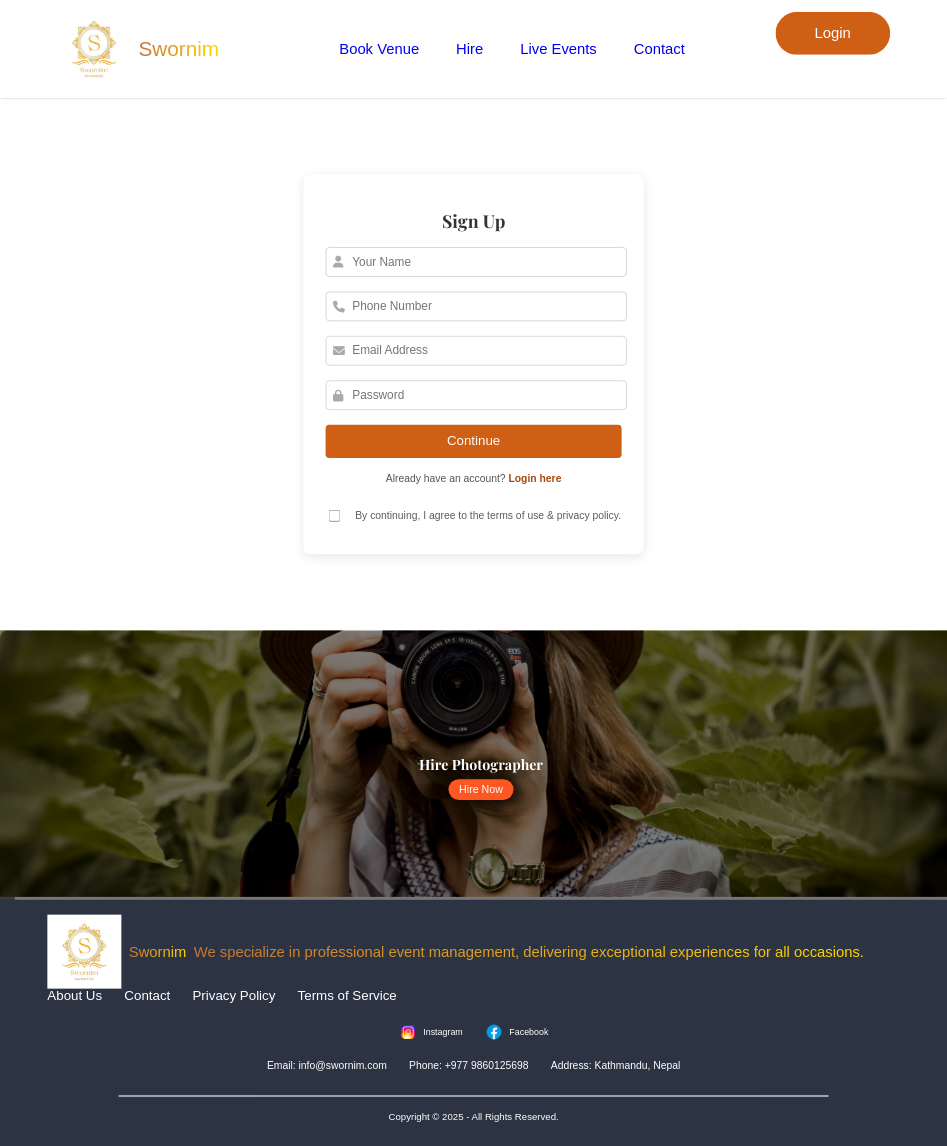
Repository: leonischu/Swornim
Page: /login (app in frontend/)
The author's editor kept a copy of each file at every save. The page is drawn from the files as they stood at one save, then again after the next save.
The browser window is 1280 px wide. The pictures show the whole page, at 74% of full size.
Pictures or frames that could not be fetched are drawn as grey boxes. The project was rebuilt for these pictures with package versions that can differ from the ones it lists, and the page was loaded fresh each time. Also part of the build but not shown: frontend/src/App.css, frontend/src/Pages/Book.jsx, frontend/src/Pages/Contact.jsx.

Above is the page before, as saved 2025-06-01 19:03:49.

### frontend/public/index.html
<!DOCTYPE html>
<html lang="en">
  <head>
    <meta charset="utf-8" />
    <link rel="icon" href="%PUBLIC_URL%/favicon.ico" />
    <meta name="viewport" content="width=device-width, initial-scale=1" />
    <meta name="theme-color" content="#000000" />
    <meta
      name="description"
      content="Web site created using create-react-app"
    />
    <link rel="apple-touch-icon" href="%PUBLIC_URL%/logo192.png" />
    <!--
      manifest.json provides metadata used when your web app is installed on a
      user's mobile device or desktop. See https://developers.google.com/web/fundamentals/web-app-manifest/
    -->
    <link rel="manifest" href="%PUBLIC_URL%/manifest.json" />
    <link href="https://fonts.googleapis.com/css2?family=Lato:wght@400;600&family=Playfair+Display:wght@400;600;700&display=swap" rel="stylesheet">
    <link rel="stylesheet" href="https://cdnjs.cloudflare.com/ajax/libs/font-awesome/6.0.0-beta3/css/all.min.css"/>

    <!--
      Notice the use of %PUBLIC_URL% in the tags above.
      It will be replaced with the URL of the `public` folder during the build.
      Only files inside the `public` folder can be referenced from the HTML.

      Unlike "/favicon.ico" or "favicon.ico", "%PUBLIC_URL%/favicon.ico" will
      work correctly both with client-side routing and a non-root public URL.
      Learn how to configure a non-root public URL by running `npm run build`.
    -->
    <title>Swornim</title>
  </head>
  <body>
    <noscript>You need to enable JavaScript to run this app.</noscript>
    <div id="root"></div>
    <!--
      This HTML file is a template.
      If you open it directly in the browser, you will see an empty page.

      You can add webfonts, meta tags, or analytics to this file.
      The build step will place the bundled scripts into the <body> tag.

      To begin the development, run `npm start` or `yarn start`.
      To create a production bundle, use `npm run build` or `yarn build`.
    -->
  </body>
</html>

### frontend/src/index.css
body {
  margin: 0;
  font-family: -apple-system, BlinkMacSystemFont, 'Segoe UI', 'Roboto', 'Oxygen',
    'Ubuntu', 'Cantarell', 'Fira Sans', 'Droid Sans', 'Helvetica Neue',
    sans-serif;
  -webkit-font-smoothing: antialiased;
  -moz-osx-font-smoothing: grayscale;
  font-family: 'Lato', sans-serif ;
  color: rgb(29, 29, 29);
}
h1, h2, h3, h4, h5, h6 {
  font-family: 'Playfair Display', serif;
  color: rgb(23, 23, 23); /* Default heading color */
  font-weight: bold;
}
.body-medium {
  font-family: 'Lato', sans-serif;
  font-size: 16px;
  color: rgb(29, 29, 29);
}
.title-medium {
  font-family: 'Playfair Display', serif;
  font-size: 20px;
  font-weight: bold;
  color: rgb(23, 23, 23);
}
.headline-small {
  font-family: 'Playfair Display', serif;
  font-size: 24px;
  font-weight: bold;
  color: white; /* White for headings like "Book Venue" */
}

code {
  font-family: source-code-pro, Menlo, Monaco, Consolas, 'Courier New',
    monospace;
}

### frontend/src/App.js

import './App.css';
import { Navbar } from './Components/Navbar/Navbar';
import { BrowserRouter, Routes, Route } from 'react-router-dom';
import { Book } from './Pages/Book';
import { Contact } from './Pages/Contact';
import { LoginSignup } from './Pages/LoginSignup';
import { Footer} from './Components/Footer/Footer';
import Carousel from './Components/Carousel/Carousel';
function App() {
  return (
    <div>
      <BrowserRouter>
      <Navbar/>
       <Routes>
          <Route path='/' element={<Book/>}/>
          <Route path='/contact' element={<Contact/>}/>

          <Route path='/login' element={<LoginSignup/>}/>
          </Routes>
          <Carousel/>
         <Footer/>
      </BrowserRouter>
    </div>
  );
}

export default App;

### frontend/src/Components/Navbar/Navbar.jsx
import React, { useState } from 'react'
import './Navbar.css'

import logo from '../Assets/logo.jpg'
import { Link } from 'react-router-dom';
export const Navbar = () => {
    const [menu, setMenu] = useState(""); // State for active menu item

  return (
    <div className='navbar'>
      <div className='nav-logo'>
        <img src={logo} alt=""/>
        <p>Swornim</p>
      </div>
      <ul className="nav-menu">
        <li onClick={()=>{setMenu("book venue")}}><Link style={{ textDecoration: 'none' }}to='/'>Book Venue</Link>{menu==="book venue"?<hr/>:<></>}</li>
        <li onClick={()=>{setMenu("hire")}}><Link style={{ textDecoration: 'none' }}to='/hire'> Hire</Link>{menu==="hire"?<hr/>:<></>}</li>
        <li onClick={()=>{setMenu("live events")}}><Link style={{ textDecoration: 'none' }} to='/liveevents'>Live Events</Link>{menu==="live events"?<hr/>:<></>}</li>
        <li onClick={()=>{setMenu("contact")}}><Link style={{ textDecoration: 'none' }}  to='/contact'>Contact</Link >{menu==="contact"?<hr/>:<></>}</li>
      </ul>
      <div className='nav-login-cart'>
        <Link to='/login'><button>Login</button></Link>

      </div>
    </div>
  )
}

### frontend/src/Pages/LoginSignup.jsx
import React, { useState } from "react";
import "./CSS/LoginSignup.css";

export const LoginSignup = () => {
  const [isSignup, setIsSignup] = useState(true); // State to toggle between Login and Signup

  return (
    <div className="loginsignup">
      <div className="loginsignup-container">
        <h1>{isSignup ? "Sign Up" : "Login"}</h1>
        <div className="loginsignup-fields">
          {isSignup ? (
            <>
              <div className="input-container">
                <i className="fas fa-user"></i>
                <input type="text" placeholder="Your Name" />
              </div>
              <div className="input-container">
              <i className="fa fa-phone"></i>
              <input type="text" placeholder="Phone Number" />
             </div>
              <div className="input-container">
                <i className="fas fa-envelope"></i>
                <input type="email" placeholder="Email Address" />
              </div>
              <div className="input-container">
                <i className="fas fa-lock"></i>
                <input type="password" placeholder="Password" />
              </div>
            </>
          ) : (
            <>
              <div className="input-container">
                <i className="fas fa-envelope"></i>
                <input type="email" placeholder="Email Address" />
              </div>
              <div className="input-container">
                <i className="fas fa-lock"></i>
                <input type="password" placeholder="Password" />
              </div>

            </>
          )}
        </div>
        <button>{isSignup ? "Continue" : "Login"}</button>
        <p className="loginsignup-login">
          {isSignup ? (
            <>
              Already have an account?{" "}
              <span onClick={() => setIsSignup(false)}>Login here</span>
            </>
          ) : (
            <>
              Don't have an account?{" "}
              <span onClick={() => setIsSignup(true)}>Sign Up</span>
            </>
          )}
        </p>
        {isSignup && (
          <div className="loginsignup-agree">
            <input type="checkbox" />
            <p>By continuing, I agree to the terms of use & privacy policy.</p>
          </div>
        )}
      </div>
    </div>
  );
};

### frontend/src/Components/Footer/Footer.jsx
import React from 'react'
import './Footer.css'
import footer_logo from '../Assets/logo.jpg'
import instagram_icon from '../Assets/instagram_icon.png'
import facebook_icon from '../Assets/facebook_icon.png'

export const Footer = () => {
  return (
    <div className='footer'>

      {/* Logo and Navigation Links */}
      <div className='footer-top'>
        <div className="footer_logo">
          <img src={footer_logo} alt='logo' />
          <p>Swornim</p>
          <p className="footer-description">
            We specialize in professional event management, delivering exceptional experiences for all occasions.
          </p>
        </div>

        <ul className='footer-links'>
          <li>About Us</li>
          <li>Contact</li>
          <li>Privacy Policy</li>
          <li>Terms of Service</li>
        </ul>
      </div>

      {/* Social Icons */}
      <div className="footer-social-section">
        <div className="footer-social-icon">
          <a
            href="https://instagram.com"
            target="_blank"
            rel="noopener noreferrer"
            className='footer-icons-container'
          >
            <img src={instagram_icon} alt="Instagram" />
            <span>Instagram</span>
          </a>
          <a
            href="https://facebook.com"
            target="_blank"
            rel="noopener noreferrer"
            className='footer-icons-container'
          >
            <img src={facebook_icon} alt="Facebook" />
            <span>Facebook</span>
          </a>
        </div>
      </div>

      {/* Contact Info */}
      <div className="footer-contact">
        <p>Email: info@swornim.com</p>
        <p>Phone: +977 9860125698 </p>
        <p>Address: Kathmandu, Nepal</p>
      </div>

      {/* Copyright */}
      <div className="footer-copyright">
        <hr />
        <p>Copyright © 2025 - All Rights Reserved.</p>
      </div>

    </div>
  )
}

### frontend/src/Components/Carousel/Carousel.jsx
import React from 'react';
import Slider from "react-slick";
import "slick-carousel/slick/slick.css";
import "slick-carousel/slick/slick-theme.css";
import "./Carousel.css";
const Carousel = () => {
  const settings = {
    dots: true,
    infinite: true,
    speed: 500,
    slidesToShow: 1,
    slidesToScroll: 1,
    autoplay: true,
    autoplaySpeed: 3000,
  };

  const slides = [
    {
      title: "Book Your Event",
      image: require("../Assets/venue.jpg"),
      buttonText: "Book Now",
    },
    {
      title: "Hire Photographer",
      image: require("../Assets/photographer.jpg"),
      buttonText: "Hire Now",
    },
    {
      title: "Hire Makeup Artist",
      image: require("../Assets/makeupartist.jpg"),
      buttonText: "Hire Now",
    },
    {
      title: "Get Into Live Events",
      image: require("../Assets/liveevent.jpg"),
      buttonText: "Explore Now",
    },
  ];

return (
  <div className="carousel-container">
    <Slider {...settings}>
      {slides.map((slide, index) => (
        <div key={index} className="carousel-slide">
          <img
            src={slide.image}
            alt={slide.title}
            className="carousel-image"
          />
          <div className="carousel-overlay">
            <h2 className="carousel-title">{slide.title}</h2>
            <button className="carousel-button">{slide.buttonText}</button>
          </div>
        </div>
      ))}
    </Slider>
  </div>
);
}

export default Carousel;

### frontend/src/Components/Navbar/Navbar.css
.navbar{
    display:flex;
    justify-content: space-around;
    padding: 16px;
    box-shadow: 0 1px 3px -2px black;
}
.nav-logo{
    display: flex;
    align-items: center;
    gap: 10px;
}
.nav-logo p {
    background: linear-gradient(to right, rgba(199, 116, 57, 1), #FFD700);
    -webkit-background-clip: text;
    -webkit-text-fill-color: transparent;
    background-clip: text; /* Optional for broader support */
    font-size: 28px;
    font-weight: 400;
}
.nav-logo img {
    width: 100px; /* Adjust the width of an image/icon */
    height: auto;
}
.nav-menu{
    display: flex;
    align-items: center;
    list-style: none;
    gap: 50px;
    color: black;
    font-size: 20px;
    font-weight: 500;

}
.nav-menu li{
    display: flex;
    flex-direction: column;
    align-items: center;
    justify-content: center;
    gap: 3px;
    cursor: pointer;

}
.nav-menu hr{
    border: none;
    width: 90%;
    height: 3px;
    border-radius: 15px;
    background: rgba(207, 95, 20, 1);

}
.nav-login-cart {
    display: flex; /* Flexbox layout */
    gap: 15px; /* Adjust the gap between buttons */
}
.nav-login-cart button{
    width: 155px;
    height: 58px;
    outline: none;
    border: 1px solid transparent;
    border-radius: 75px;
    background-color: rgba(207, 95, 20, 1);
    color: white;
    font-size: 20px;
    font-weight: 500;
    cursor: pointer;
}
.nav-login-cart button:active{
    background: rgba(44, 51, 66, 1);
}

### frontend/src/Pages/CSS/LoginSignup.css
body, html {
  margin: 0;
  padding: 0;
  box-sizing: border-box;
  font-family: 'Arial', sans-serif;
}

.loginsignup {
  width: 100%;
  height: 100vh;
  display: flex;
  justify-content: center;
  align-items: center;
  background: none; /* No background color */
}

.loginsignup-container {
  width: 400px;
  padding: 30px;
  background: white;
  border-radius: 10px;
  box-shadow: 0 4px 15px rgba(0, 0, 0, 0.1);
  text-align: center;
}

.loginsignup-container h1 {
  margin-bottom: 20px;
  color: #333;
  font-size: 24px;
}

.input-container {
  position: relative;
  margin-bottom: 20px;
}

.input-container i {
  position: absolute;
  top: 50%;
  left: 10px;
  transform: translateY(-50%);
  color: #aaa;
  font-size: 16px;
}

.input-container input {
  width: calc(100% - 40px);
  padding: 10px 10px 10px 35px;
  border: 1px solid #ccc;
  border-radius: 5px;
  font-size: 16px;
  outline: none;
  color: #333;
}

.input-container input:focus {
  border-color: #555;
}

button {
  width: 100%;
  padding: 12px;
  border: none;
  border-radius: 5px;
  background: rgba(207, 95, 20, 1);
  color: white;
  font-size: 18px;
  cursor: pointer;
  transition: background 0.3s ease-in-out;
}

button:hover {
  background: rgba(165, 75, 15, 1);
}

.loginsignup-login {
  margin-top: 20px;
  color: #555;
  font-size: 14px;
}

.loginsignup-login span {
  color: rgba(165, 75, 15, 1);;
  font-weight: bold;
  cursor: pointer;
}

.loginsignup-login span:hover {
  text-decoration: underline;
}

.loginsignup-agree {
  display: flex;
  align-items: center; /* Vertically aligns checkbox and text */
  gap: 10px; /* Space between the checkbox and the text */
  margin-top: 20px;
  font-size: 14px;
  color: #5c5c5c;
}

.loginsignup-agree input {
  margin-right: 10px;
}

.loginsignup-agree input[type='checkbox'] {
  width: 16px; /* Adjust the size of the checkbox */
  height: 16px;
  cursor: pointer; /* Makes the checkbox more interactive */
}

### frontend/src/Components/Footer/Footer.css
.footer {
  display: flex;
  flex-direction: column;
  justify-content: center;
  align-items: center;
  gap: 25px; /* Increased gap for better spacing */
  padding: 20px 0;
  background-color: rgba(44, 51, 66, 1);
  color: white;
  font-family: Arial, sans-serif;
  font-size: 14px;
}

/* Top section with logo and links */
.footer-top {
  display: flex;
  flex-wrap: wrap;
  justify-content: space-between;
  align-items: center;
  width: 90%;
  max-width: 1200px;
}

.footer_logo {
  display: flex;
  align-items: center;
  gap: 10px;
}

.footer_logo img {
  width: 100px;
  height: auto;

}

.footer_logo p {
  background: linear-gradient(to right, rgba(199, 116, 57, 1), #FFD700);
  -webkit-background-clip: text;
  -webkit-text-fill-color: transparent;
  font-size: 20px;
  font-weight: 500;
  margin: 0;
}

.footer-links {
  display: flex;
  list-style: none;
  gap: 30px;
  padding: 0;
  margin: 0;
  font-size: 18px;
  justify-content: center;
}

.footer-links li {
  cursor: pointer;
  transition: color 0.3s;

}

.footer-links li:hover {
  color: #ffa500;
}

/* Social Icons Section */
.footer-social-section {
  width: 90%;
  max-width: 1200px;
  text-align: center;
}

.footer-social-icon {
  display: flex;
  justify-content: center;
  gap: 30px;
}

.footer-icons-container {
  display: flex;
  align-items: center;
  gap: 8px;
  text-decoration: none;
  color: white;
  background: none;
  border: none;
  cursor: pointer;
  transition: color 0.3s ease;
}

.footer-icons-container img {
  width: 25px;
  height: 25px;
}

.footer-icons-container span {
  font-size: 12px;
}

.footer-icons-container:hover {
  color: #ff5722;
}

/* Contact Info Section */
.footer-contact {
  display: flex;
  flex-wrap: wrap;
  justify-content: center;
  gap: 30px;
  text-align: center;
  width: 90%;
  max-width: 1200px;
  font-size: 14px;
}

.footer-contact p {
  margin: 0;
}

/* Copyright Section */
.footer-copyright {
  display: flex;
  flex-direction: column;
  align-items: center;
  width: 100%;
  max-width: 1200px;
  color: white;
  font-size: 13px;
  text-align: center;
}

.footer-copyright hr {
  width: 80%;
  border: none;
  border-radius: 10px;
  height: 2px;
  background: #c7c7c7;
}

### frontend/src/Components/Carousel/Carousel.css
/* Carousel container */
.carousel-container {
  width: 100vw;
  margin: 0 auto;
  overflow: hidden;
}

/* Each slide */
.carousel-slide {
  position: relative;
  display: flex;
  justify-content: center;
  align-items: center;
}

/* Image styles */
.carousel-image {
  width: 100vw;
  height: 50vh;    /* Half viewport height */
  object-fit: cover; /* Ensures the image fills the area without distortion */
  border-radius: 0;
  box-shadow: 0px 4px 8px rgba(0, 0, 0, 0.1);
}

/* Overlay styles */
.carousel-overlay {
  position: absolute;
  top: 0;
  left: 0;
  width: 100%;
  height: 100%;
  background: rgba(0, 0, 0, 0.5); /* Slightly darker overlay */
  display: flex;
  flex-direction: column;
  justify-content: center;
  align-items: center;
  border-radius: 10px;
  padding: 10px;
}

/* Title styles */
.carousel-title {
  color: white;
  font-size: 1.2rem; /* Smaller font size for titles */
  font-weight: bold;
  margin-bottom: 8px;
  text-align: center;
}

/* Button styles */
.carousel-button {
  background-color: #ff5722;
  color: white;
  display: inline-block;
  width: auto;
  max-width: 150px;
  padding: 6px 14px; /* Smaller padding for buttons */
  border: none;
  border-radius: 20px;
  font-size: 0.9rem; /* Smaller button font size */
  cursor: pointer;
  box-shadow: 0px 2px 6px rgba(0, 0, 0, 0.2);
  transition: background-color 0.3s ease;
}

.carousel-button:hover {
  background-color: #e64a19;
}

Loaded but not shown: frontend/src/index.js (common file); frontend/src/reportWebVitals.js (common file)

After the next save:
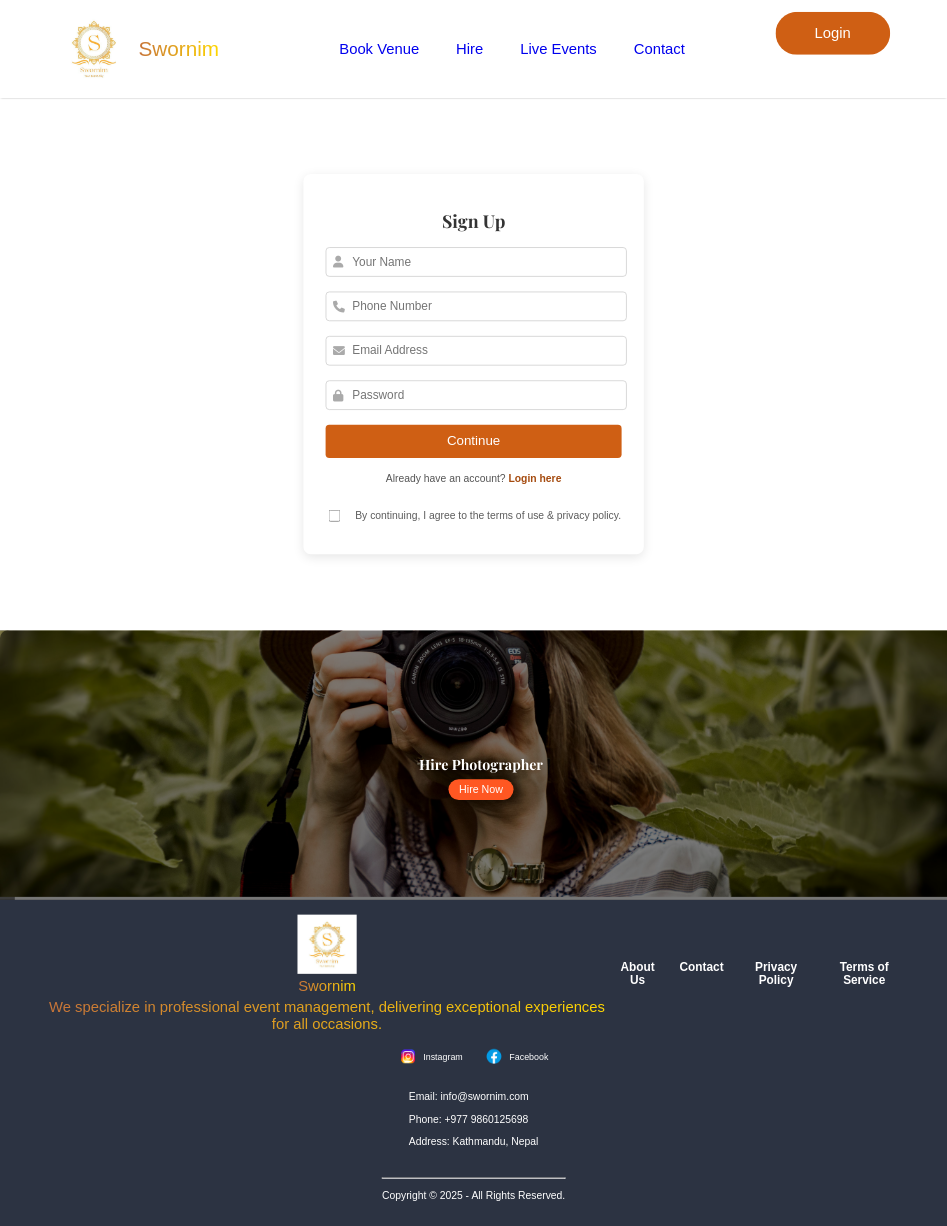
Saved 64 s later.
--- a/frontend/src/Components/Footer/Footer.css
+++ b/frontend/src/Components/Footer/Footer.css
@@ -1,9 +1,8 @@
 .footer {
   display: flex;
   flex-direction: column;
-  justify-content: center;
   align-items: center;
-  gap: 25px; /* Increased gap for better spacing */
+  gap: 20px;
   padding: 20px 0;
   background-color: rgba(44, 51, 66, 1);
   color: white;
@@ -11,35 +10,49 @@
   font-size: 14px;
 }
 
-/* Top section with logo and links */
+/* Top Section: Logo and Description */
 .footer-top {
   display: flex;
-  flex-wrap: wrap;
-  justify-content: space-between;
+  justify-content: center;
   align-items: center;
+  gap: 15px;
   width: 90%;
   max-width: 1200px;
+  text-align: center;
 }
 
 .footer_logo {
   display: flex;
+  flex-direction: column;
   align-items: center;
-  gap: 10px;
+  gap: 5px;
 }
 
 .footer_logo img {
-  width: 100px;
+  width: 80px;
   height: auto;
-
 }
 
 .footer_logo p {
+  font-size: 20px;
+  font-weight: 500;
+  margin: 0;
   background: linear-gradient(to right, rgba(199, 116, 57, 1), #FFD700);
   -webkit-background-clip: text;
   -webkit-text-fill-color: transparent;
-  font-size: 20px;
-  font-weight: 500;
-  margin: 0;
+}
+
+.footer-description {
+  font-size: 14px;
+  color: #ddd;
+}
+
+/* Middle Section: Centered Links */
+.footer-middle {
+  display: flex;
+  justify-content: center;
+  align-items: center;
+  width: 100%;
 }
 
 .footer-links {
@@ -48,30 +61,38 @@
   gap: 30px;
   padding: 0;
   margin: 0;
-  font-size: 18px;
-  justify-content: center;
+  font-size: 16px;
+  font-weight: bold;
 }
 
 .footer-links li {
   cursor: pointer;
   transition: color 0.3s;
-
 }
 
 .footer-links li:hover {
   color: #ffa500;
 }
 
-/* Social Icons Section */
-.footer-social-section {
+/* Bottom Section: Social Icons and Copyright */
+.footer-bottom {
+  display: flex;
+  flex-direction: column;
+  align-items: center;
+  gap: 15px;
   width: 90%;
   max-width: 1200px;
-  text-align: center;
+  font-size: 13px;
+}
+
+.footer-social-section {
+  display: flex;
+  justify-content: center;
+  gap: 20px;
 }
 
 .footer-social-icon {
   display: flex;
-  justify-content: center;
   gap: 30px;
 }
 
@@ -81,8 +102,6 @@
   gap: 8px;
   text-decoration: none;
   color: white;
-  background: none;
-  border: none;
   cursor: pointer;
   transition: color 0.3s ease;
 }
@@ -100,35 +119,7 @@
   color: #ff5722;
 }
 
-/* Contact Info Section */
-.footer-contact {
-  display: flex;
-  flex-wrap: wrap;
-  justify-content: center;
-  gap: 30px;
-  text-align: center;
-  width: 90%;
-  max-width: 1200px;
-  font-size: 14px;
-}
-
-.footer-contact p {
-  margin: 0;
-}
-
-/* Copyright Section */
-.footer-copyright {
-  display: flex;
-  flex-direction: column;
-  align-items: center;
-  width: 100%;
-  max-width: 1200px;
-  color: white;
-  font-size: 13px;
-  text-align: center;
-}
-
-.footer-copyright hr {
+.footer-bottom hr {
   width: 80%;
   border: none;
   border-radius: 10px;
